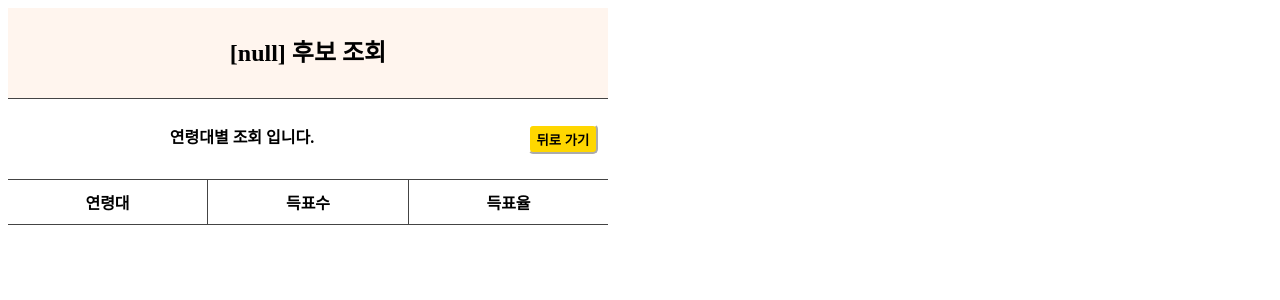
Repository: noheul1030/KOPO-HTML
Page: http://localhost/Tupyo/Tupyo/oneviewDB.jsp
An editor plug-in stored every save of this project. The page is shown before and after the next save, followed by the edit.
The browser window is 1280 px wide. The pictures show the whole page.
The page is served by Tomcat 9. Queries for data that is not in the repository find no rows.

Above is the page before, as saved 2023-06-04 09:35:54.

### Tupyo/src/main/webapp/Tupyo/oneviewDB.jsp
<meta http-equiv = "Content-Type" content = "text/html; charset = utf-8" />
<%@ page contentType="text/html; charset=UTF-8" %>
<%@ page import="java.util.*" %> <!--java import-->
<%@ page import="java.io.*"%> <!--java import-->
<%@ page import="java.sql.*"%> <!--java import-->
<html>
	<head>
		<title>투표 B_02_H.jsp</title>
		<style>
    		table {
    			text-align: center;
   				border: 0;
   				solid black;
   				width: 600px;
   				border-collapse: collapse;
   				cellspacing="1"}
    		th, td {
		    border-bottom: 1px solid #444444;
		    border-left: 1px solid #444444;
		    padding: 10px;
			}
			th:first-child, td:first-child {
			  border-left: none;
			}
    		a {text-decoration-line: none;  color: #696969;}

    		h1,h2,h4 {margin-top: 15px; text-align: center;}
    		.fourth {
			  background: gold;
			  border-color: white;
			  color: black;
			  background-image: linear-gradient(45deg, yellow 50%, transparent 50%);
			  background-position: 100%;
			  background-size: 400%;
			  transition: background 300ms ease-in-out;
			  border-radius: 5px;
			}

			.fourth:hover {
			  background-position: 0;
			}
			select{
				width: 70px; height: 20px; padding: 0px;font-weight: bold;
			}
    	</style>
	</head>
	<body>
<%
		//key값 저장
		String key = request.getParameter("key");

		// DB연동
        Class.forName("com.mysql.jdbc.Driver");
		//Connection conn = DriverManager.getConnection("jdbc:mysql://192.168.23.60:3307/kopo11","root","shdmf1030@");
		Connection conn = DriverManager.getConnection("jdbc:mysql://localhost:3306/noheul","root","shdmf1030@");
        Statement stmt = conn.createStatement();

    	// key값 으로 찾는 쿼리문
        String query = String.format("SELECT age AS 연령대,COUNT(age) AS 득표수,COUNT(age) / (SELECT COUNT(*) FROM TupyoDB) * 100 AS 득표율"
        		+ " FROM TupyoDB"
        		+ " WHERE hubo = ? AND age IS NOT NULL"
        		+ " GROUP BY age"
        		+ " ORDER BY age asc;",key);

        PreparedStatement pstmt = conn.prepareStatement(query);
      	pstmt.setString(1, key);

        ResultSet rset = pstmt.executeQuery();
%>
		<form method = "post">
		<table>
			<tr>
				<td bgcolor = #fff5ee colspan = "3" ><h2>[<%=key%>] 후보 조회</h2></td><!--해당 key값 head text 크기 1-->
			</tr>
			<tr>
				<td><h4>연령대별 조회 입니다.</h3></td>
				<td align = right width = 22%  style = "border-left: none;">
				<input class="fourth" type="submit" value="뒤로 가기" style="width: 70px; height: 30px; padding: 0px;font-weight: bold;" formaction = 'B_02_H.jsp'></td>
			</tr>
		</form>
		</table>

		<table>
			<tr>
				<td><b>연령대</b></td> <td><b>득표수</b></td> <td><b>득표율</b></td>
			</tr>

<%			while(rset.next()){ %>
			<tr>
				<td><%=rset.getString(1)%></td>
				<td><%=rset.getInt(2)%></td>
				<td><%=rset.getFloat(3)%></td>
			</tr>
<%			} %>
		</table>
	</body>
</html>

After the next save:
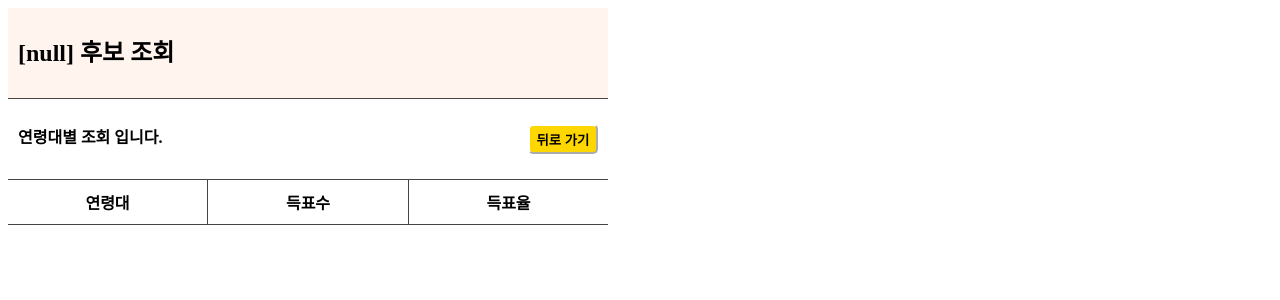
Saved 7 s later.
--- a/Tupyo/src/main/webapp/Tupyo/oneviewDB.jsp
+++ b/Tupyo/src/main/webapp/Tupyo/oneviewDB.jsp
@@ -24,7 +24,7 @@
 			}
     		a {text-decoration-line: none;  color: #696969;}
 
-    		h1,h2,h4 {margin-top: 15px; text-align: center;}
+    		h1,h2,h4 {margin-top: 15px; text-align: left;}
     		.fourth {
 			  background: gold;
 			  border-color: white;
